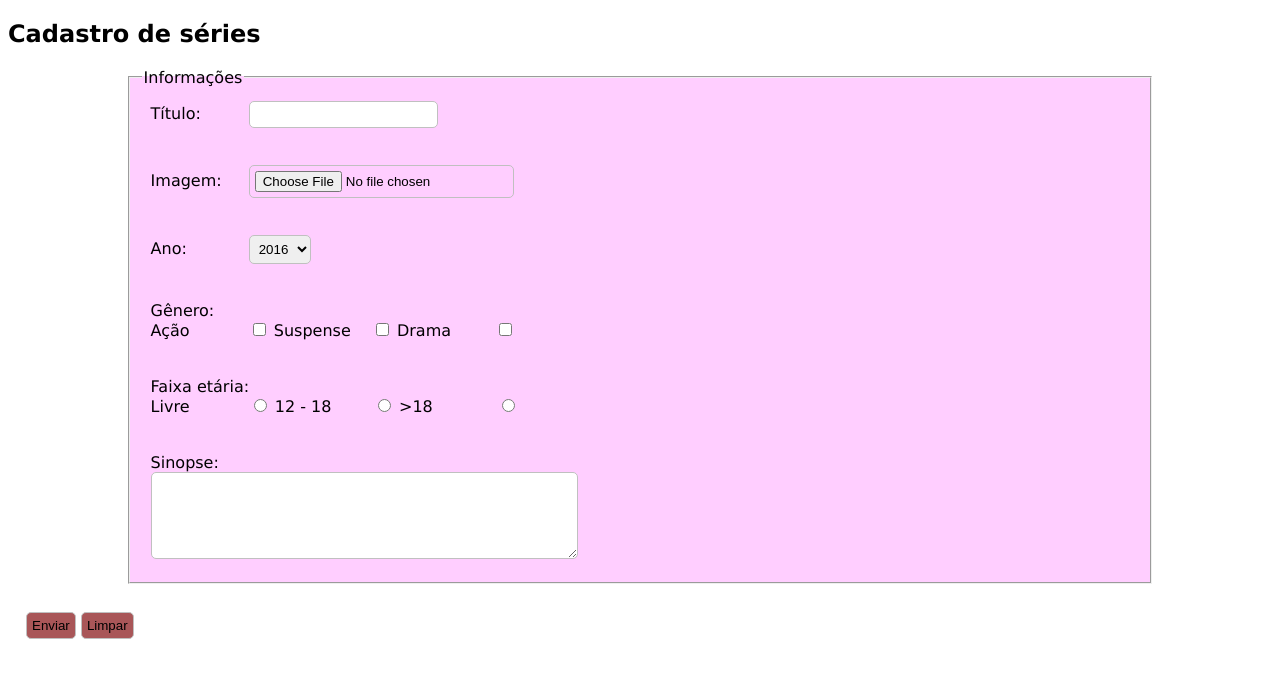
Repository: shamanickCoder/FIAP
Page: Desenvolvimentos de Sistemas Web/1 semestre/Javascript/CSS-AULAS/09-CSS/WebContent/cadastro.html
An editor plug-in stored every save of this project. The page is shown before and after the next save, followed by the edit.
The browser window is 1280 px wide. The pictures show the whole page.

Above is the page before, as saved 2016-03-30 12:09:30.

After the next save:
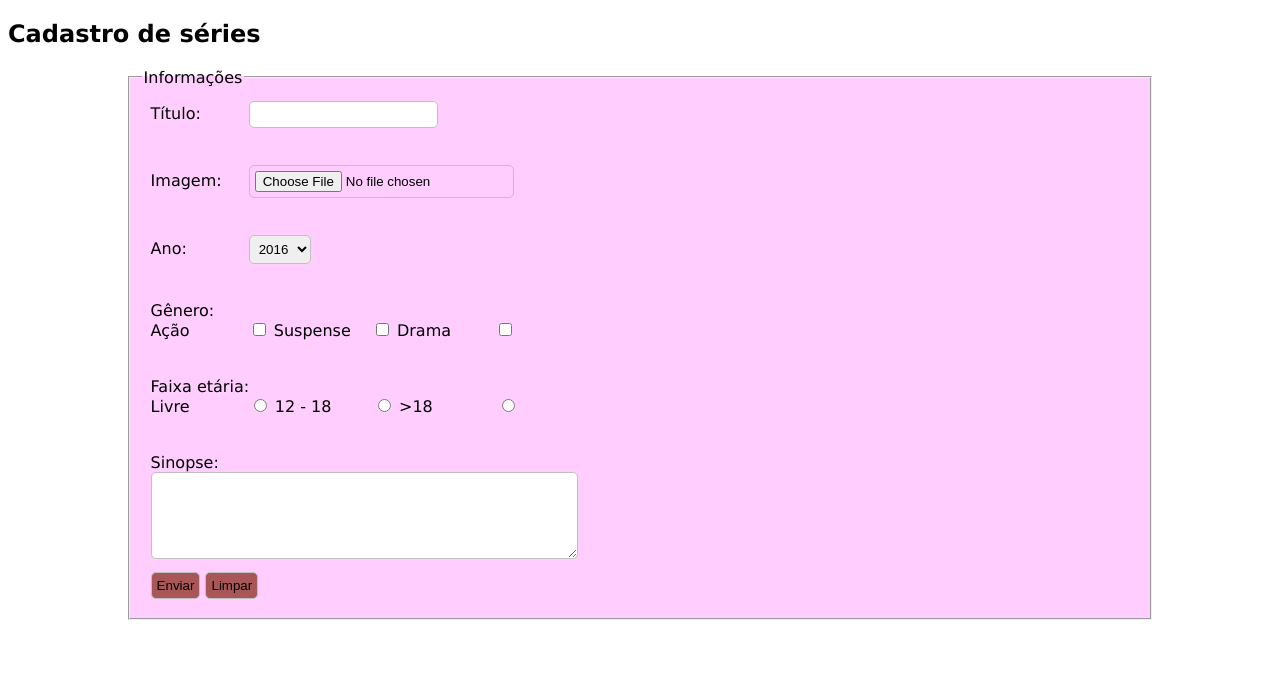
Saved 45 s later.
--- a/Desenvolvimentos de Sistemas Web/1 semestre/Javascript/CSS-AULAS/09-CSS/WebContent/cadastro.html
+++ b/Desenvolvimentos de Sistemas Web/1 semestre/Javascript/CSS-AULAS/09-CSS/WebContent/cadastro.html
@@ -53,12 +53,11 @@
    <br>
    <textarea rows = "5" cols = "50" id = "sinopse" name = "sinopse"></textarea>
   </div>
- </fieldset>
- <br>
- <div class = "campo">
+  <div class = "campo">
   <input type = "submit" value = "Enviar" class = "botao">
   <input type = "reset" value = "Limpar" class = "botao">
  </div>
+ </fieldset>
 </form>
 </div>
 </body>
